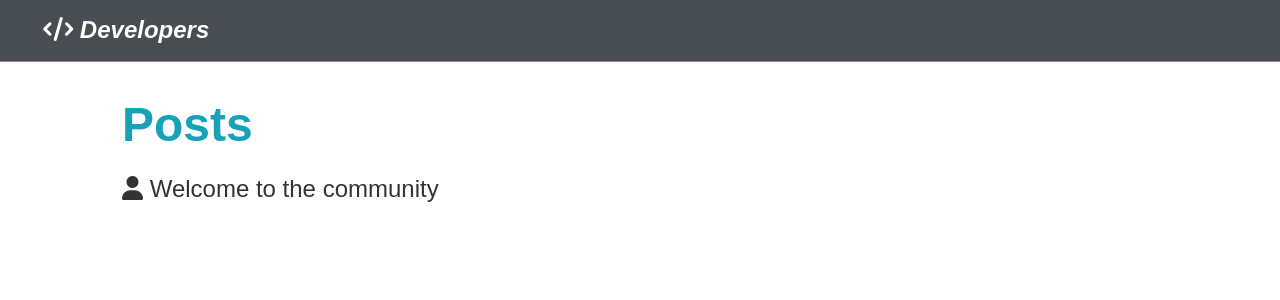
Repository: priyavmehta/Developers
Page: /posts (app in client/)
These files come from the project's save history. The page is drawn as it stood at one moment and after the next save; the edit follows.
The browser window is 1280 px wide. The pictures show the whole page.
The page's requests for data from a server got no answer. Some web libraries are served in a nearby version. The project was rebuilt for these pictures with package versions that can differ from the ones it lists, and the page was loaded fresh each time. No one was signed in, and anything a server would have sent is missing. Also part of the build but not shown: client/src/components/layout/Landing.js, client/src/components/auth/Login.js, client/src/components/auth/Register.js, client/src/components/layout/Alert.js, client/src/actions/profile.js, client/src/components/dashboard/DashboardActions.js, client/src/components/dashboard/Education.js, client/src/components/dashboard/Experience.js and 14 more. Imported but missing from the stored project, and not drawn on this page: client/src/actions/types.

Above is the page before, as saved 2020-12-23 23:03:09.

### client/public/index.html
<!DOCTYPE html>
<html lang="en">
  <head>
    <meta charset="utf-8" />
    <link rel="icon" href="%PUBLIC_URL%/favicon.ico" />
    <meta name="viewport" content="width=device-width, initial-scale=1" />
    <meta name="theme-color" content="#000000" />
    <meta
      name="description"
      content="Web site created using create-react-app"
    />
    <link rel="apple-touch-icon" href="%PUBLIC_URL%/logo192.png" />
    <link rel="manifest" href="%PUBLIC_URL%/manifest.json" />

    <script src="https://kit.fontawesome.com/c3f9cf1e2c.js" crossorigin="anonymous"></script>
    <title>Welcome to Developers</title>
  </head>
  <body>
    <noscript>You need to enable JavaScript to run this app.</noscript>
    <div id="root"></div>
  </body>
</html>

### client/src/App.js
import './App.css';
import Landing from './components/layout/Landing';
import Navbar from './components/layout/Navbar';
import { BrowserRouter as Router, Route, Switch } from 'react-router-dom'
import Login from './components/auth/Login';
import Register from './components/auth/Register';
import { Fragment, useEffect } from 'react';
import Alert from './components/layout/Alert';
import Dashboard from './components/dashboard/Dashboard';
import CreateProfile from './components/profile-forms/CreateProfile'
import EditProfile from './components/profile-forms/EditProfile';
import AddEducation from './components/profile-forms/AddEducation';
import AddExperience from './components/profile-forms/AddExperience';
import Profiles from './components/profiles/Profiles';
import Profile from './components/profile/Profile';
import Posts from './components/posts/Posts';

// Redux Dependencies
import store from './store';
import { loadUser } from './actions/auth'
import setAuthToken from './utils/setAuthToken';
import { Provider } from 'react-redux';
import PrivateRoute from './components/routing/PrivateRoute';


if (localStorage.token){
  setAuthToken(localStorage.token);
}

const App = () => {

  useEffect(() => {
    store.dispatch(loadUser())
  }, []);

  return (
    <Provider store = {store}>
      <Router>
        <Fragment>
          <Navbar/>
          <Route exact path = "/" component = {Landing} />
          <section className = "container">
            <Alert />
            <Switch>
              <Route exact path = "/login" component = {Login} />
              <Route exact path = "/register" component = {Register} />
              <Route exact path = "/profiles" component = {Profiles} />
              <Route exact path = "/profile/:id" component = {Profile} />
              <PrivateRoute exact path = "/dashboard" component={Dashboard} />
              <PrivateRoute exact path = "/posts" component={Posts} />
              <PrivateRoute exact path = "/create-profile" component={CreateProfile}/>
              <PrivateRoute exact path = "/edit-profile" component={EditProfile}/>
              <PrivateRoute exact path = "/add-education" component={AddEducation}/>
              <PrivateRoute exact path = "/add-experience" component={AddExperience}/>
            </Switch>
          </section>
        </Fragment>
      </Router>
    </Provider>
  );
}

export default App;

### client/src/components/layout/Navbar.js
import React, { Fragment } from 'react'
import { Link } from 'react-router-dom'
import { connect } from 'react-redux'
import { logout } from '../../actions/auth';

const Navbar = ({ auth, logout }) => {

    const { isAuthenticated, loading } = auth;
    console.log("In Navbar", isAuthenticated, loading);

    const authLinks = (
        <ul>
            <li>
                <Link to = "/profiles">Programmers</Link>
            </li>
            <li>
                <Link to = "/posts">Posts</Link>
            </li>
             <li>
                <Link to = "/dashboard">
                <i className="fas fa-user"></i>{' '}
                <span className="hide-sm">Dashboard</span>
                </Link>
            </li>
            <li>
                <a href = "#!" onClick={logout}>
                <i className="fas fa-sign-out-alt"></i>{' '}
                <span className="hide-sm">Logout</span>
                </a>
            </li>
        </ul>
    );

    const guestLinks = (
        <ul>
            <li><Link to = "/profiles">Programmers</Link></li>
            <li><Link to = "/register">Register</Link></li>
            <li><Link to = "/login">Login</Link></li>
        </ul>
    );

    return (
        <nav className="navbar bg-dark">
            <h1>
                <Link to="/"><i className="fas fa-code"></i> <i>Developers</i> </Link>
            </h1>
            {
                !loading &&  (
                    <Fragment>
                    {
                        isAuthenticated ?
                        authLinks : guestLinks
                    }
                    </Fragment>
                )
            }
        </nav>
    )
}

const mapStateToProps = state => ({
    auth: state.auth
});

export default connect(mapStateToProps, { logout })(Navbar);

### client/src/components/posts/Posts.js
import { get } from 'mongoose';
import React, { Fragment, useEffect } from 'react'
import { connect } from 'react-redux';
import { getPosts } from '../../actions/post';
import Spinner from '../layout/Spinner'
import PostItem from './PostItem';

const Posts = ({ getPosts, post: { posts, loading } }) => {

    useEffect(() => {
        getPosts();
        console.log(posts);
    }, [getPosts])

    return (
        loading ? <Spinner /> : (
            <Fragment>
                <h1 className="large text-primary">Posts</h1>
                <p className="lead">
                    <i className="fas fa-user"></i> Welcome to the community
                </p>
                <div className="posts">
                    {
                        posts.map(post => (
                            <PostItem key={post._id} post={post} />
                        ))
                    }
                </div>
            </Fragment>
        )
    );
}

const mapStateToProps = state => ({
    post: state.post
});

export default connect(mapStateToProps, { getPosts })(Posts)

### client/src/store.js
import { createStore, applyMiddleware } from 'redux';
import { composeWithDevTools } from 'redux-devtools-extension';
import thunk from 'redux-thunk';
import rootReducer from './reducers'

const initState = {}

const middleWare = [thunk];

const store = createStore(
    rootReducer,
    initState,
    composeWithDevTools(applyMiddleware(...middleWare))
);

export default store;

### client/src/actions/auth.js
import axios from 'axios';
import { REGISTER_SUCCESS, REGISTER_FAIL, USER_LOADED, AUTH_ERROR, LOGIN_SUCCESS, LOGIN_FAIL, LOGOUT, CLEAR_PROFILE } from '../actions/types';
import setAuthToken from '../utils/setAuthToken';
import { setAlert } from './alert';

export const loadUser = () => async dispatch => {
    if (localStorage.token) {
        setAuthToken(localStorage.token);
    }

    try {

        const res = await axios.get('/api/auth');
        console.log(res.data);

        dispatch({
            type: USER_LOADED,
            payload: res.data
        });

    } catch (error) {
        dispatch({
            type: AUTH_ERROR,
        });
    }
}

// Register User
export const register = ({ name, email, password }) => async dispatch => {
    const newUser = { name, email, password }

    const config = {
        headers: {
            'Content-Type' : 'application/json'
        }
    }

    const body = JSON.stringify(newUser);

    try {
        const res = await axios.post('/api/users', body, config);

        dispatch({
            type: REGISTER_SUCCESS,
            payload: res.data
        })

        dispatch(loadUser());
    } catch (error) {

        const errors = error.response.data.errors;

        if (errors) {
            errors.forEach(err => dispatch(setAlert(err.msg, 'danger')));
        }

        dispatch({
            type: REGISTER_FAIL
        })
    }

}

// Login User
export const login = (email, password) => async dispatch => {
    const newUser = { email, password }

    const config = {
        headers: {
            'Content-Type' : 'application/json'
        }
    }

    const body = JSON.stringify(newUser);

    try {
        const res = await axios.post('/api/auth', body, config);

        dispatch({
            type: LOGIN_SUCCESS,
            payload: res.data
        });

        dispatch(loadUser());
    } catch (error) {

        const errors = error.response.data.errors;

        if (errors) {
            errors.forEach(err => dispatch(setAlert(err.msg, 'danger')));
        }

        dispatch({
            type: LOGIN_FAIL
        })
    }

}

// Logout
export const logout = () => dispatch => {
    dispatch ({
        type: CLEAR_PROFILE
    });
    dispatch({
        type: LOGOUT
    });

}

### client/src/utils/setAuthToken.js
import axios from 'axios'

const setAuthToken = token => {

    if (token) {
        axios.defaults.headers.common['x-auth-token'] = token;
    } else {
        delete axios.defaults.headers.common['x-auth-token'];
    }
}

export default setAuthToken;

### client/src/components/routing/PrivateRoute.js
import React from 'react'
import { connect } from 'react-redux';
import { Route, Redirect } from 'react-router-dom'

const PrivateRoute = ({ component: Component, auth: { isAuthenticated, loading }, ...rest }) => (
    <Route {...rest} render={props => !isAuthenticated && !loading ? (
        <Redirect to="/login"/>
    ) : (
        <Component {...props}/>
    )}/>
)

const mapStateToProps = state => ({
    auth: state.auth
});

export default connect(mapStateToProps)(PrivateRoute)

### client/src/actions/alert.js
import { v4 as uuidv4 } from 'uuid';
import { SET_ALERT, REMOVE_ALERT } from './types';

export const setAlert = (msg, alertType, timeout = 5000) => dispatch => {
    const id = uuidv4();

    dispatch({
        type: SET_ALERT,
        payload: {id, alertType, msg}
    });

    setTimeout(() => dispatch({ type: REMOVE_ALERT, payload: id }), timeout);
}

### client/src/components/layout/Spinner.js
import React, { Fragment } from 'react'
import spinner from './spinner.gif'

const Spinner = () => {
    return (
        <Fragment>
            <img
                src = {spinner}
                style = {{ width: '200px', margin: 'auto', display: 'block' }}
                alt = "loading..."
            />
        </Fragment>
    )
}

export default Spinner

### client/src/actions/post.js
import axios from 'axios'
import { setAlert } from './alert'
import { GET_POSTS, POST_ERROR } from '../actions/types'

export const getPosts = () => async dispatch => {

    try {
        const res = await axios.get('/api/posts');
        console.log(res);

        dispatch({
            type: GET_POSTS,
            payload: res.data
        });

    } catch (error) {

        console.log(error);
        dispatch({
            type: POST_ERROR,
            payload: { msg: error.statusText, status: error.status }
        });

    }

}

### client/src/reducers/index.js
import { combineReducers } from 'redux'
import alert from './alert'
import auth from './auth'
import profile from './profile'
import post from './post'

export default combineReducers({
    auth,
    alert,
    profile,
    post
});

### client/src/reducers/post.js
import { GET_POSTS, POST_ERROR } from '../actions/types'

const initialState = {
    posts: [],
    post: null,
    loading: true,
    error: {}
};

export default function (state = initialState, action) {

    const { type, payload } = action

    switch (type) {
        case GET_POSTS:
            return {
                ...state,
                posts: payload,
                loading: false
            };
        case POST_ERROR:
            return {
                ...state,
                error: payload,
                loading: false
            }
        default:
            return state;
    }

}

### client/src/reducers/alert.js
import { SET_ALERT, REMOVE_ALERT } from '../actions/types';

const initialState = [];

export default function (state = initialState, action) {

    const { type, payload } = action

    switch (type) {
        case SET_ALERT:
            return [...state, payload];
        case REMOVE_ALERT:
            return state.filter(alert => alert.id !== payload);
        default:
            return state;
    }
}

### client/src/reducers/auth.js
import { REGISTER_SUCCESS, REGISTER_FAIL, USER_LOADED, AUTH_ERROR, LOGIN_FAIL, LOGIN_SUCCESS, LOGOUT, ACCOUNT_DELETED } from '../actions/types';

const initialState = {
    token : localStorage.getItem('token'),
    isAuthenticated : null,
    loading: true,
    user: null
};

export default function (state = initialState, action) {

    const { type, payload } = action

    switch (type) {
        case USER_LOADED:
            return {
                ...state,
                isAuthenticated: true,
                user: payload,
                loading: false
            }
        case REGISTER_SUCCESS:
        case LOGIN_SUCCESS:
            localStorage.setItem('token', payload.token)
            return {
                ...state,
                ...payload,
                isAuthenticated: true,
                loading: false
            };
        case REGISTER_FAIL:
        case AUTH_ERROR:
        case LOGIN_FAIL:
        case LOGOUT:
        case ACCOUNT_DELETED:
            localStorage.removeItem('token')
            return {
                ...state,
                token: null,
                isAuthenticated: false,
                loading: false
            };
        default:
            return state;
    }
}

### client/src/reducers/profile.js
import { CLEAR_PROFILE, GET_PROFILE, GET_PROFILES, PROFILE_ERROR, UPDATE_PROFILE, GET_REPOS } from '../actions/types'

const initialState = {
    profile: null,
    profiles: [],
    repos: [],
    loading : true,
    errors : {}
}

export default function (state = initialState, action) {
    const { type, payload } = action

    switch (type) {
        case GET_PROFILE:
        case UPDATE_PROFILE:
            return {
                ...state,
                profile: payload,
                loading: false
            }
        case GET_PROFILES:
            return {
                ...state,
                profiles: payload,
                loading: false
            }
        case GET_REPOS:
            return {
                ...state,
                repos: payload,
                loading: false
            }
        case PROFILE_ERROR:
            return {
                ...state,
                errors: payload,
                loading: false
            }
        case CLEAR_PROFILE:
            return {
                ...state,
                profile: null,
                repos: [],
                loading: false
            }
        default:
            return state
    }
}

Loaded but not shown: client/src/index.js (common file); client/src/reportWebVitals.js (common file); client/src/App.css (common file)

After the next save:
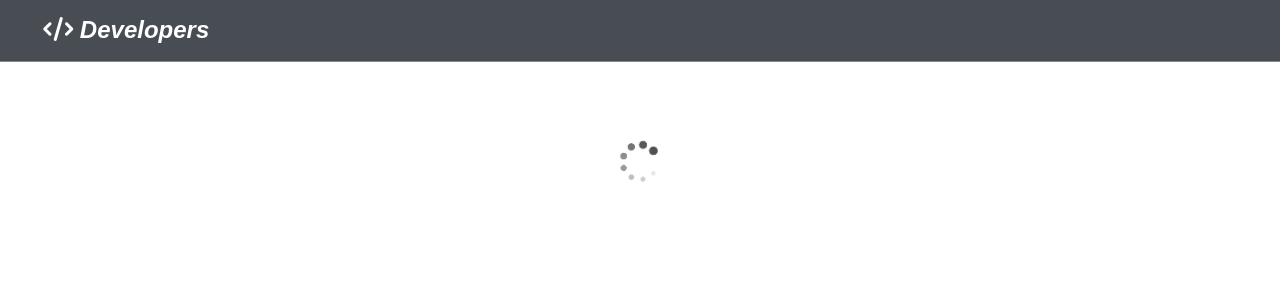
Saved 3 min 58 s later.
--- a/client/src/actions/post.js
+++ b/client/src/actions/post.js
@@ -1,6 +1,6 @@
 import axios from 'axios'
 import { setAlert } from './alert'
-import { GET_POSTS, POST_ERROR } from '../actions/types'
+import { GET_POSTS, POST_ERROR, UPDATE_LIKES } from '../actions/types'
 
 export const getPosts = () => async dispatch => {
 
@@ -24,3 +24,26 @@
     }
 
 }
+
+export const addLike = postId => async dispatch => {
+
+    try {
+        const res = await axios.put(`/api/posts/like/${postId}`);
+        console.log(res);
+
+        dispatch({
+            type: UPDATE_LIKES,
+            payload: res.data
+        });
+
+    } catch (error) {
+
+        console.log(error);
+        dispatch({
+            type: POST_ERROR,
+            payload: { msg: error.statusText, status: error.status }
+        });
+
+    }
+
+}

After the 3 saves that followed:
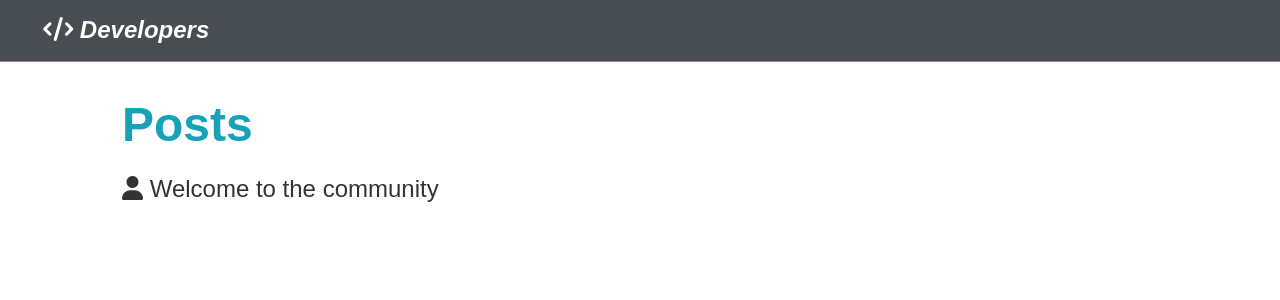
The 3 saves are shown as one change because 2 left the picture as it was.
The last was saved 7 min 37 s later.
--- a/client/src/actions/post.js
+++ b/client/src/actions/post.js
@@ -33,7 +33,7 @@
 
         dispatch({
             type: UPDATE_LIKES,
-            payload: res.data
+            payload: { postId, likes: res.data }
         });
 
     } catch (error) {
@@ -47,3 +47,26 @@
     }
 
 }
+
+export const removeLike = postId => async dispatch => {
+
+    try {
+        const res = await axios.put(`/api/posts/unlike/${postId}`);
+        console.log(res);
+
+        dispatch({
+            type: UPDATE_LIKES,
+            payload: { postId, likes: res.data }
+        });
+
+    } catch (error) {
+
+        console.log(error);
+        dispatch({
+            type: POST_ERROR,
+            payload: { msg: error.statusText, status: error.status }
+        });
+
+    }
+
+}
--- a/client/src/reducers/post.js
+++ b/client/src/reducers/post.js
@@ -1,4 +1,4 @@
-import { GET_POSTS, POST_ERROR } from '../actions/types'
+import { GET_POSTS, POST_ERROR, UPDATE_LIKES } from '../actions/types'
 
 const initialState = {
     posts: [],
@@ -24,6 +24,12 @@ export default function (state = initialState, action) {
                 error: payload,
                 loading: false
             }
+        case UPDATE_LIKES:
+            return {
+                ...state,
+                posts: state.posts.map(post => post._id === payload.id ? { ...post, likes: payload.likes } : post ),
+                loading: false
+            }
         default:
             return state;
     }
